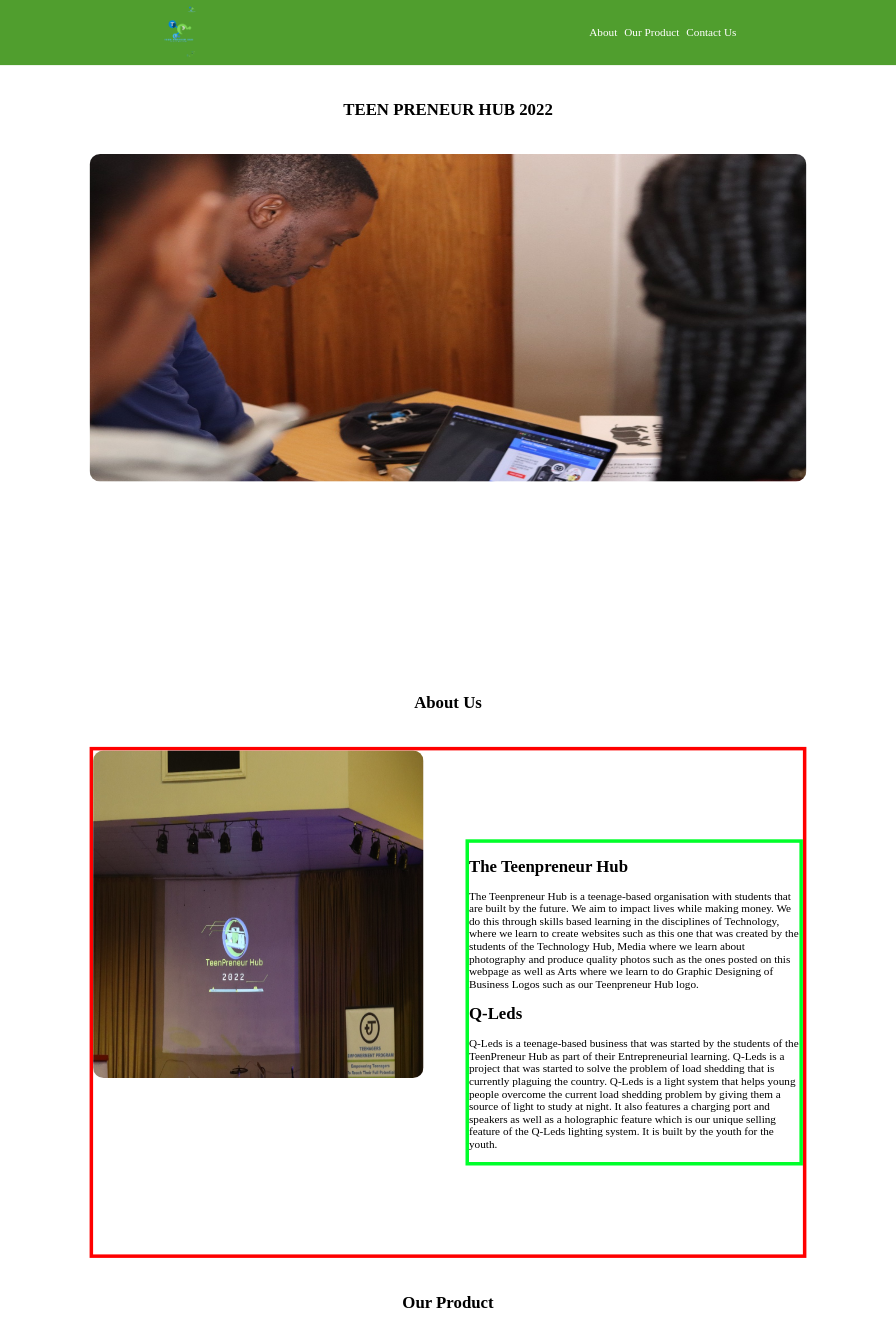
Repository: chadrackkyungu/4-BCT-TPH-Website
Page: index.html
An editor plug-in stored every save of this project. The page is shown before and after the next save, followed by the edit.
The browser window is 1280 px wide. The pictures show the part of the page from y = 0 to 1920 px (the page is 2736 px tall), at 70% of full size.

Above is the page before, as saved 2022-10-21 09:29:38.

### index.html
<!DOCTYPE html>
<html lang="en">

<head>
    <meta charset="UTF-8">
    <meta http-equiv="X-UA-Compatible" content="IE=edge">
    <meta name="viewport" content="width=device-width, initial-scale=1.0">
    <title> TPH LAB </title>
    <link rel="stylesheet" href="/src/css/style.css">
</head>

<body>

    <div class="navigation">
        <div class="logocontainer">
            <img class="image1" src="./src/images/logo.png" alt="">
        </div>

        <ul class="nav-link">
            <a href="#about">
                <li>About</li>
            </a>
            <a href="#product">
                <li>Our Product</li>
            </a>
            <a href="#contact">
                <li>Contact Us</li>
            </a>
        </ul>
    </div>

    <div class="section1">
        <h2 class="title"> TEEN PRENEUR HUB 2022</h2>

        <div class="image-container">
            <img src="./src/images/img-2.jpeg" alt="">
        </div>
    </div>

    <div class="section1">
        <a id="about">
            <h2 class="title"> About Us</h2>
        </a>

        <div class="aboutcontainer">
            <div class="image-container">
                <img src="./src/images/img-4.jpeg" alt="">
            </div>


            <div class="contentcontainer">
                <h2>The Teenpreneur Hub</h2>

                <p>The Teenpreneur Hub is a teenage-based organisation with students that are built by the future. We aim to impact lives while making money. We do this through skills based learning in the disciplines of Technology, where we learn to create
                    websites such as this one that was created by the students of the Technology Hub, Media where we learn about photography and produce quality photos such as the ones posted on this webpage as well as Arts where we learn to do Graphic
                    Designing of Business Logos such as our Teenpreneur Hub logo.</p>

                <h2>Q-Leds</h2>

                <p>Q-Leds is a teenage-based business that was started by the students of the TeenPreneur Hub as part of their Entrepreneurial learning. Q-Leds is a project that was started to solve the problem of load shedding that is currently plaguing
                    the country. Q-Leds is a light system that helps young people overcome the current load shedding problem by giving them a source of light to study at night. It also features a charging port and speakers as well as a holographic feature
                    which is our unique selling feature of the Q-Leds lighting system. It is built by the youth for the youth.
                </p>

            </div>

        </div>
    </div>

    <div class="section1">
        <a id="product">
            <h2 class="title">Our Product</h2>
        </a>


        <div class="productcontainer">
            <div class="prductimagecontainer">
                <img src="./src/images/img-4.jpeg" alt="">
            </div>
            <div class="prductimagecontainer">
                <img src="./src/images/img-5.jpeg" alt="">
            </div>
            <div class="prductimagecontainer">
                <img src="./src/images/img-6.jpeg" alt="">
            </div>
            <div class="prductimagecontainer">
                <img src="./src/images/img-7.jpeg" alt="">
            </div>
            <div class="prductimagecontainer">
                <img src="./src/images/img-8.jpeg" alt="">
            </div>
            <div class="prductimagecontainer">
                <img src="./src/images/img-9.jpeg" alt="">
            </div>

        </div>
    </div>

    <div class="section1">
        <a id="contact">
            <h2 class="title"> Contact Us</h2>
        </a>

        <div class="contactcontainer">
            <div class="contactcontent">
                <P>Address: 52 Fife Avenue, Berea, Johannesburg, 2198</P>
                <p>Contact us on: 063 397 3539</p>
                <p>Email us on: mashudu@teenagers.org.za</p>
                <p><a href="https://teenagers.org.za/" target=" "> Website: www.teenagers.org.za </a></p>
                <p>Facebook: Teenagers Empowerment Program</p>
                <p>Instagram: @teenagersza</p>
            </div>
        </div>
    </div>

    <div class="nav-link"> </div>
</body>
<html>

### src/css/style.css
html,
body {
    box-sizing: 0;
    margin: 0;
    padding: 0;
}


/* NAVBAR */

.navigation {
    background-color: #509e2e;
    display: flex;
    justify-content: space-around;
    align-items: center;
}

.image1 {
    width: 100px;
}

.nav-link {
    display: flex;
}

.nav-link li {
    list-style-type: none;
    padding: 5px;
    color: white;
}

.nav-link a {
    text-decoration: none !important;
}


/* SECTION 1 */

.section1 {
    width: 80%;
    margin: 0 auto;
}

img {
    border-radius: 15px;
}

.title {
    text-align: center;
    margin-bottom: 50px;
    margin-top: 50px;
}

.image-container {
    width: 100%;
    height: 100vh;
}

.image-container img {
    width: 100%;
    height: 65% !important;
}

.aboutcontainer {
    display: flex;
    justify-content: space-between;
    align-items: center;
    border: 5px solid red;
}

.contentcontainer {
    margin-left: 60px;
    border: 5px solid #00ff2a;
    width: 100%;
}

.productcontainer {
    display: grid;
    grid-template-columns: 1fr 1fr 1fr;
    gap: 20px;
}

.prductimagecontainer {
    width: 100%;
}

.prductimagecontainer img {
    width: 100%;
}

.contactcontainer {
    display: flex;
    justify-content: center;
    align-items: center;
}

.contactcontent {
    margin: auto 0;
    text-align: center;
}

.logocontainer {
    width: 10%;
}

.logocontainer img {
    width: 50%;
    border-radius: 100%;
}

After the next save:
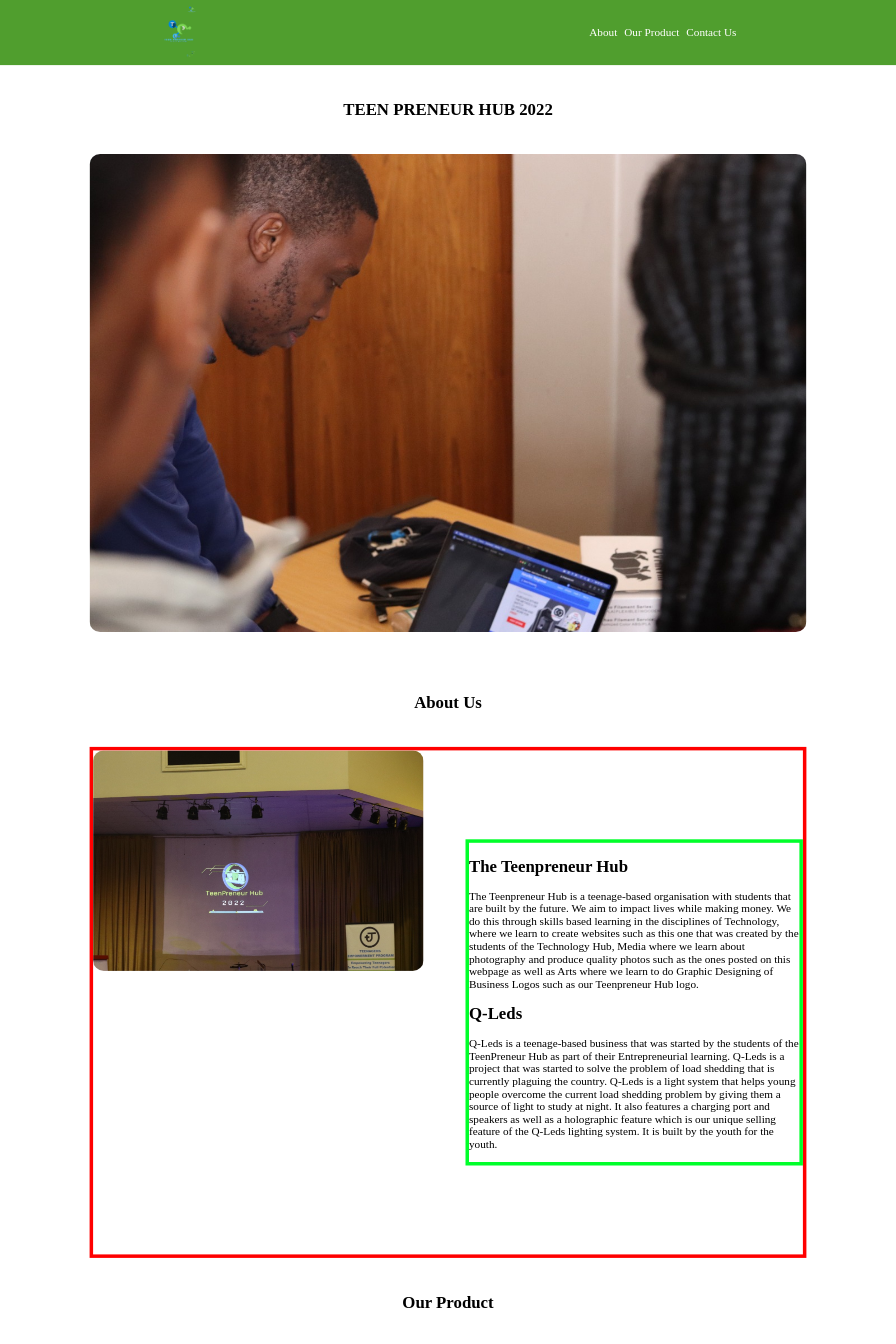
Saved 26 s later.
--- a/src/css/style.css
+++ b/src/css/style.css
@@ -58,7 +58,7 @@
 
 .image-container img {
     width: 100%;
-    height: 65% !important;
+    /* height: 65% !important; */
 }
 
 .aboutcontainer {

After the save that followed:
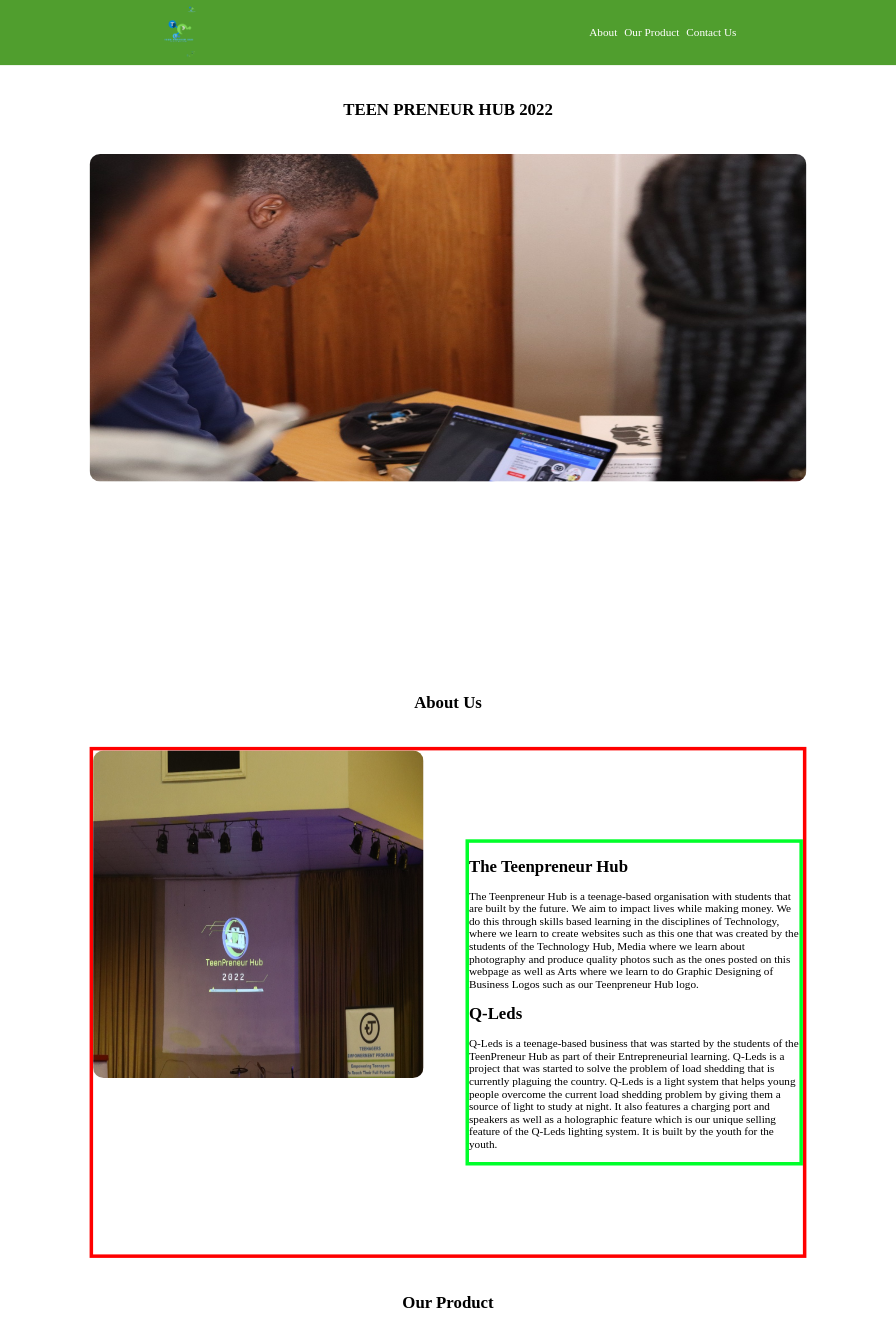
Saved 7 s later.
--- a/src/css/style.css
+++ b/src/css/style.css
@@ -58,7 +58,7 @@
 
 .image-container img {
     width: 100%;
-    /* height: 65% !important; */
+    height: 65% !important;
 }
 
 .aboutcontainer {
